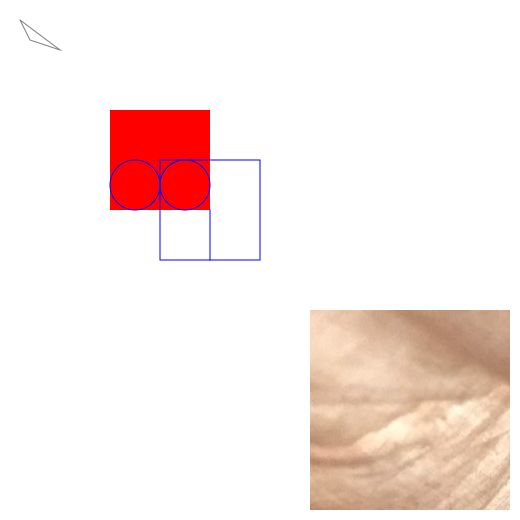
Repository: 1KimjaeGwan/java-javafx-study
Program's window: java javafx/12_canvas/src/c1_draw/AppMain.java
The author's editor kept a copy of each file at every save. The program's window is drawn from the files as they stood at one save, then again after the next save.
It runs on Java 21 on a 1366 x 768 screen with JavaFX 11; the title bar is not drawn. It also reads javafx/12_canvas/src/c1_draw/cat3.jpg.

Above is the program's window before, as saved 2021-11-24 02:24:58.

### javafx/12_canvas/src/c1_draw/AppMain.java
package c1_draw;

import java.io.IOException;

import javafx.application.Application;
import javafx.fxml.FXMLLoader;
import javafx.scene.Parent;
import javafx.scene.Scene;
import javafx.scene.canvas.Canvas;
import javafx.scene.canvas.GraphicsContext;
import javafx.scene.image.Image;
import javafx.scene.paint.Color;
import javafx.stage.Stage;

public class AppMain extends Application {

	// 도화지
	private Canvas canvas;

	// 그리기 도구
	private GraphicsContext gc;


	@Override
	public void start(Stage primaryStage) {
		try {
			Parent root = FXMLLoader.load(
				getClass().getResource("Draw.fxml")
			);
			Scene scene = new Scene(root);
			primaryStage.setScene(scene);
			primaryStage.setResizable(false);
			primaryStage.show();

			canvas = (Canvas)root.lookup("#canvas");
			// canvas에 그려줄 그리기 도구
			gc = canvas.getGraphicsContext2D();

			draw();

		} catch (IOException e) {}
	}

	private void draw() {
		// 채우기색상
		gc.setFill(Color.RED);
		// 가로위치, 세로위치, 너비(폭), 높이
		gc.fillRect(100, 100, 100, 100);
		// 외곽선만 있는 사각형
		gc.setStroke(Color.BLUE);
		gc.strokeRect(150, 150, 100, 100);

		// 호를 그리는 도구
		gc.strokeOval(100, 150, 50, 50);
		gc.strokeOval(150, 150, 50, 50);

		// 선그리기 도구
		// (시작X,시작Y,끝X,끝Y)
		gc.strokeLine(200, 200, 200, 250);

		// 여러 선을 이어서 그려주는 녀석
		gc.beginPath();	// 선그리기 시작
		gc.setStroke(new Color(0.5,0.5,0.5,1));
		gc.lineTo(10, 10);
		gc.lineTo(20, 30);
		gc.lineTo(50, 40);
		gc.lineTo(10, 10);
		gc.stroke();

		// 이미지를 그리기 도구
		Image image = new Image(
			getClass().getResource("cat3.jpg").toString()
		);
		gc.drawImage(image, 300, 300);

	}

	public static void main(String[] args) {
		launch(args);
	}
}

### javafx/12_canvas/src/c1_draw/Draw.fxml
<?xml version="1.0" encoding="UTF-8"?>

<?import javafx.geometry.*?>
<?import java.lang.*?>
<?import javafx.scene.canvas.*?>
<?import javafx.scene.layout.*?>
<?import javafx.scene.layout.BorderPane?>

<BorderPane xmlns:fx="http://javafx.com/fxml/1" xmlns="http://javafx.com/javafx/8">
   <center>
      <Canvas id="canvas" height="500.0" width="500.0" BorderPane.alignment="CENTER" />
   </center>
   <padding>
      <Insets bottom="10.0" left="10.0" right="10.0" top="10.0" />
   </padding>
</BorderPane>

After the next save:
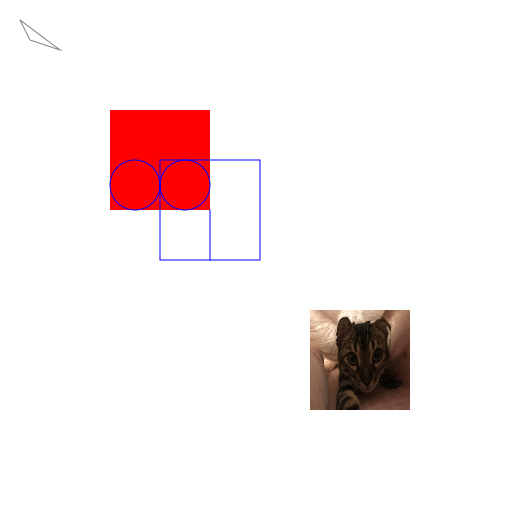
Saved 51 s later.
--- a/javafx/12_canvas/src/c1_draw/AppMain.java
+++ b/javafx/12_canvas/src/c1_draw/AppMain.java
@@ -71,7 +71,8 @@
 		Image image = new Image(
 			getClass().getResource("cat3.jpg").toString()
 		);
-		gc.drawImage(image, 300, 300);
+		// gc.drawImage(image, 300, 300);
+		gc.drawImage(image, 300, 300, 100, 100);
 
 	}
 
